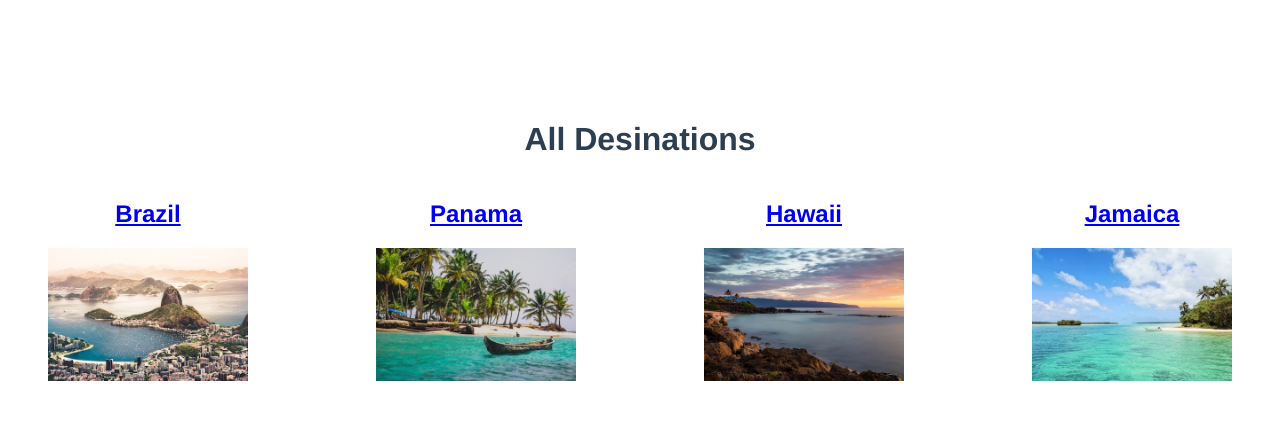
Repository: June-Hall/MiniTravelApp
Page: /
The author's editor kept a copy of each file at every save. The page is drawn from the files as they stood at one save, then again after a run of saves.
The browser window is 1280 px wide. The pictures show the whole page.
The project was rebuilt for these pictures with package versions that can differ from the ones it lists, and the page was loaded fresh each time. Also part of the build but not shown: vue.config.js.

Above is the page before, as saved 2023-03-30 14:26:32.

### src/App.vue
<template>
  <nav>
    <TheNavigation />
  </nav>
  <router-view />
</template>

<script>
import TheNavigation from "./components/TheNavigation.vue";

export default {
  components: {
    TheNavigation,
  },
};
</script>

<style>
#app {
  font-family: Avenir, Helvetica, Arial, sans-serif;
  -webkit-font-smoothing: antialiased;
  -moz-osx-font-smoothing: grayscale;
  text-align: center;
  color: #2c3e50;
}
</style>

### src/router/index.js
import { createRouter, createWebHashHistory } from "vue-router";
import HomeView from "../views/HomeView.vue";

const routes = [
  {
    path: "/",
    name: "home",
    component: HomeView,
  },
  {
    path: "/about",
    name: "about",
    // route level code-splitting
    // this generates a separate chunk (about.[hash].js) for this route
    // which is lazy-loaded when the route is visited.
    component: () =>
      import(/* webpackChunkName: "about" */ "../views/AboutView.vue"),
  },
  {
    path: "/brazil",
    name: "brazil",
    component: () =>
      import(/* webpackChunkName: "brazil" */ "../views/BrazilView.vue"),
  },
  {
    path: "/hawaii",
    name: "hawaii",
    component: () =>
      import(/* webpackChunkName: "hawaii" */ "../views/HawaiiView.vue"),
  },
  {
    path: "/jamaica",
    name: "jamaica",
    component: () =>
      import(/* webpackChunkName: "jamaica" */ "../views/JamaicaView.vue"),
  },
  {
    path: "/panama",
    name: "panama",
    component: () =>
      import(/* webpackChunkName: "panama" */ "../views/PanamaView.vue"),
  },
  {
    path: "/details/:id",
    name: "DestinationDetails",
    component: () =>
      import(
        /* webpackChunkName: "DestinationDetails" */ "../views/DestinationDetails.vue"
      ),
  },
];

const router = createRouter({
  history: createWebHashHistory(),
  routes,
});

export default router;

### src/components/TheNavigation.vue
<template>
  <nav id="nav">
    <ul class="nav-links">

    </ul>
  </nav>
</template>

<style scoped>
#nav {
  display: flex;
  justify-content: center;
}

nav {
  padding: 30px;
}

nav a {
  font-weight: bold;
  color: #2c3e50;
  padding: 0 10px;
}

nav a.router-link-exact-active {
  color: #ab26ab;
}
</style>

### src/views/HomeView.vue
<template>
  <div class="home">
    <h1>All Desinations</h1>
    <div class="destinations">
      <div v-for="destination in destinations" :key="destination.name">
        <router-link
          :to="{ name: 'DestinationDetails', params: { id: destination.id } }"
        >
          <h2>{{ destination.name }}</h2>
        </router-link>
        <figure>
          <router-link
            :to="{ name: 'DestinationDetails', params: { id: destination.id } }"
          >
            <img
              :src="require(`@/assets/${destination.image}`)"
              :alt="destination.name"
            />
          </router-link>
        </figure>
      </div>
    </div>
  </div>
</template>

<script>
// @ is an alias to /src
import store from "@/store.js";
export default {
  name: "HomeView",
  components: {},
  data() {
    return {
      destinations: store.destinations,
    };
  },
};
</script>
<style scoped>
.home {
  max-width: 1400px;
  margin: 0 auto;
}

img {
  max-width: 200px;
}

.destinations {
  display: flex;
  justify-content: space-between;
}
</style>

### src/store.js
export default {
  destinations: [
    {
      name: "Brazil",
      slug: "brazil",
      image: "brazil.jpg",
      id: 1,
      description:
        "all about Brazil, suspendisse lobortis pharetra tempor. Cras eleifend ante sed arcu interdum, in bibendum enim ultricies. Integer rutrum quis risus at tempor. Maecenas facilisis, nisi vel pellentesque maximus, lectus felis malesuada purus, a pulvinar elit est quis turpis. Duis convallis purus quis finibus consequat. Pellentesque faucibus tincidunt augue non consequat. Donec fringilla at est sit amet blandit. Nunc at porttitor ligula. Fusce sed odio turpis. Suspendisse lobortis pharetra tempor. Cras eleifend ante sed arcu interdum, in bibendum enim ultricies. Integer rutrum quis risus at tempor. Maecenas facilisis, nisi vel pellentesque maximus, lectus felis malesuada purus, a pulvinar elit est quis turpis. Duis convallis purus quis finibus consequat. Pellentesque faucibus tincidunt augue non consequat. Donec fringilla at est sit amet blandit. Nunc at porttitor ligula. Fusce sed odio turpis.",
      experiences: [
        {
          name: "Iguaçu Falls",
          slug: "iguacu-falls",
          image: "iguacu-falls.jpg",
          description:
            "Suspendisse lobortis pharetra tempor. Cras eleifend ante sed arcu interdum, in bibendum enim ultricies. Integer rutrum quis risus at tempor. Maecenas facilisis, nisi vel pellentesque maximus, lectus felis malesuada purus, a pulvinar elit est quis turpis. Duis convallis purus quis finibus consequat. Pellentesque faucibus tincidunt augue non consequat. Donec fringilla at est sit amet blandit. Nunc at porttitor ligula. Fusce sed odio turpis. Suspendisse lobortis pharetra tempor. Cras eleifend ante sed arcu interdum, in bibendum enim ultricies. Integer rutrum quis risus at tempor. Maecenas facilisis, nisi vel pellentesque maximus, lectus felis malesuada purus, a pulvinar elit est quis turpis. Duis convallis purus quis finibus consequat. Pellentesque faucibus tincidunt augue non consequat. Donec fringilla at est sit amet blandit. Nunc at porttitor ligula. Fusce sed odio turpis.",
        },
        {
          name: "Pão de Açúcar",
          slug: "pao-de-acucar",
          image: "pao-de-acucar.jpg",
          description:
            "Suspendisse lobortis pharetra tempor. Cras eleifend ante sed arcu interdum, in bibendum enim ultricies. Integer rutrum quis risus at tempor. Maecenas facilisis, nisi vel pellentesque maximus, lectus felis malesuada purus, a pulvinar elit est quis turpis. Duis convallis purus quis finibus consequat. Pellentesque faucibus tincidunt augue non consequat. Donec fringilla at est sit amet blandit. Nunc at porttitor ligula. Fusce sed odio turpis. Suspendisse lobortis pharetra tempor. Cras eleifend ante sed arcu interdum, in bibendum enim ultricies. Integer rutrum quis risus at tempor. Maecenas facilisis, nisi vel pellentesque maximus, lectus felis malesuada purus, a pulvinar elit est quis turpis. Duis convallis purus quis finibus consequat. Pellentesque faucibus tincidunt augue non consequat. Donec fringilla at est sit amet blandit. Nunc at porttitor ligula. Fusce sed odio turpis.",
        },
        {
          name: "Sao Paulo",
          slug: "sao-paulo",
          image: "sao-paulo.jpg",
          description:
            "Suspendisse lobortis pharetra tempor. Cras eleifend ante sed arcu interdum, in bibendum enim ultricies. Integer rutrum quis risus at tempor. Maecenas facilisis, nisi vel pellentesque maximus, lectus felis malesuada purus, a pulvinar elit est quis turpis. Duis convallis purus quis finibus consequat. Pellentesque faucibus tincidunt augue non consequat. Donec fringilla at est sit amet blandit. Nunc at porttitor ligula. Fusce sed odio turpis. Suspendisse lobortis pharetra tempor. Cras eleifend ante sed arcu interdum, in bibendum enim ultricies. Integer rutrum quis risus at tempor. Maecenas facilisis, nisi vel pellentesque maximus, lectus felis malesuada purus, a pulvinar elit est quis turpis. Duis convallis purus quis finibus consequat. Pellentesque faucibus tincidunt augue non consequat. Donec fringilla at est sit amet blandit. Nunc at porttitor ligula. Fusce sed odio turpis.",
        },
        {
          name: "Salvador",
          slug: "salvador",
          image: "salvador.jpg",
          description:
            "Suspendisse lobortis pharetra tempor. Cras eleifend ante sed arcu interdum, in bibendum enim ultricies. Integer rutrum quis risus at tempor. Maecenas facilisis, nisi vel pellentesque maximus, lectus felis malesuada purus, a pulvinar elit est quis turpis. Duis convallis purus quis finibus consequat. Pellentesque faucibus tincidunt augue non consequat. Donec fringilla at est sit amet blandit. Nunc at porttitor ligula. Fusce sed odio turpis. Suspendisse lobortis pharetra tempor. Cras eleifend ante sed arcu interdum, in bibendum enim ultricies. Integer rutrum quis risus at tempor. Maecenas facilisis, nisi vel pellentesque maximus, lectus felis malesuada purus, a pulvinar elit est quis turpis. Duis convallis purus quis finibus consequat. Pellentesque faucibus tincidunt augue non consequat. Donec fringilla at est sit amet blandit. Nunc at porttitor ligula. Fusce sed odio turpis.",
        },
      ],
    },
    {
      name: "Panama",
      slug: "panama",
      image: "panama.jpg",
      id: 2,
      description:
        "all about panama. Nam fermentum, leo ac lobortis tincidunt, justo felis semper nisi, sed facilisis quam ante a justo. Nam pulvinar nibh nec mi vestibulum cursus quis eget orci. Aenean faucibus faucibus ex, a imperdiet nibh luctus faucibus. Mauris porttitor, velit ac eleifend mattis, sem justo accumsan odio, ut mattis nulla nulla eu nibh. Cras justo risus, sollicitudin eget nulla a, consequat convallis tortor. Fusce eget neque metus. Class aptent taciti sociosqu ad litora torquent per conubia nostra, per inceptos himenaeos. Nulla facilisi. Sed aliquam nunc id lectus sagittis, ac elementum eros egestas. Aliquam sed tempor dui.",
      experiences: [
        {
          name: "Panama City",
          slug: "panama-city",
          image: "panama-city.jpg",
          description:
            "Suspendisse lobortis pharetra tempor. Cras eleifend ante sed arcu interdum, in bibendum enim ultricies. Integer rutrum quis risus at tempor. Maecenas facilisis, nisi vel pellentesque maximus, lectus felis malesuada purus, a pulvinar elit est quis turpis. Duis convallis purus quis finibus consequat. Pellentesque faucibus tincidunt augue non consequat. Donec fringilla at est sit amet blandit. Nunc at porttitor ligula. Fusce sed odio turpis. Suspendisse lobortis pharetra tempor. Cras eleifend ante sed arcu interdum, in bibendum enim ultricies. Integer rutrum quis risus at tempor. Maecenas facilisis, nisi vel pellentesque maximus, lectus felis malesuada purus, a pulvinar elit est quis turpis. Duis convallis purus quis finibus consequat. Pellentesque faucibus tincidunt augue non consequat. Donec fringilla at est sit amet blandit. Nunc at porttitor ligula. Fusce sed odio turpis.",
        },
        {
          name: "Panama Canal",
          slug: "panama-canal",
          image: "panama-canal.jpg",
          description:
            "Suspendisse lobortis pharetra tempor. Cras eleifend ante sed arcu interdum, in bibendum enim ultricies. Integer rutrum quis risus at tempor. Maecenas facilisis, nisi vel pellentesque maximus, lectus felis malesuada purus, a pulvinar elit est quis turpis. Duis convallis purus quis finibus consequat. Pellentesque faucibus tincidunt augue non consequat. Donec fringilla at est sit amet blandit. Nunc at porttitor ligula. Fusce sed odio turpis. Suspendisse lobortis pharetra tempor. Cras eleifend ante sed arcu interdum, in bibendum enim ultricies. Integer rutrum quis risus at tempor. Maecenas facilisis, nisi vel pellentesque maximus, lectus felis malesuada purus, a pulvinar elit est quis turpis. Duis convallis purus quis finibus consequat. Pellentesque faucibus tincidunt augue non consequat. Donec fringilla at est sit amet blandit. Nunc at porttitor ligula. Fusce sed odio turpis.",
        },
        {
          name: "Bocas del Toro",
          slug: "bocas-del-toro",
          image: "bocas-del-toro.jpg",
          description:
            "Suspendisse lobortis pharetra tempor. Cras eleifend ante sed arcu interdum, in bibendum enim ultricies. Integer rutrum quis risus at tempor. Maecenas facilisis, nisi vel pellentesque maximus, lectus felis malesuada purus, a pulvinar elit est quis turpis. Duis convallis purus quis finibus consequat. Pellentesque faucibus tincidunt augue non consequat. Donec fringilla at est sit amet blandit. Nunc at porttitor ligula. Fusce sed odio turpis. Suspendisse lobortis pharetra tempor. Cras eleifend ante sed arcu interdum, in bibendum enim ultricies. Integer rutrum quis risus at tempor. Maecenas facilisis, nisi vel pellentesque maximus, lectus felis malesuada purus, a pulvinar elit est quis turpis. Duis convallis purus quis finibus consequat. Pellentesque faucibus tincidunt augue non consequat. Donec fringilla at est sit amet blandit. Nunc at porttitor ligula. Fusce sed odio turpis.",
        },
        {
          name: "Santa Catalina",
          slug: "santa-catalina",
          image: "santa-catalina.jpg",
          description:
            "Suspendisse lobortis pharetra tempor. Cras eleifend ante sed arcu interdum, in bibendum enim ultricies. Integer rutrum quis risus at tempor. Maecenas facilisis, nisi vel pellentesque maximus, lectus felis malesuada purus, a pulvinar elit est quis turpis. Duis convallis purus quis finibus consequat. Pellentesque faucibus tincidunt augue non consequat. Donec fringilla at est sit amet blandit. Nunc at porttitor ligula. Fusce sed odio turpis. Suspendisse lobortis pharetra tempor. Cras eleifend ante sed arcu interdum, in bibendum enim ultricies. Integer rutrum quis risus at tempor. Maecenas facilisis, nisi vel pellentesque maximus, lectus felis malesuada purus, a pulvinar elit est quis turpis. Duis convallis purus quis finibus consequat. Pellentesque faucibus tincidunt augue non consequat. Donec fringilla at est sit amet blandit. Nunc at porttitor ligula. Fusce sed odio turpis.",
        },
      ],
    },
    {
      name: "Hawaii",
      slug: "hawaii",
      image: "hawaii.jpg",
      id: 3,
      description:
        "all about hawaii. Etiam iaculis, ex in semper fringilla, lorem augue maximus lorem, in aliquet ex massa non enim. Maecenas pharetra orci eu semper pharetra. Suspendisse vel elit semper, fringilla metus ac, pulvinar justo. Vestibulum nibh lacus, pellentesque non arcu vel, efficitur eleifend lorem. Duis ultrices bibendum orci, nec laoreet elit. In vulputate massa vel massa cursus gravida. Aliquam sed lacus pulvinar, imperdiet risus at, lacinia dolor. Maecenas pellentesque arcu mattis iaculis efficitur. Maecenas quis sem pulvinar, sodales neque eget, efficitur odio.",
      experiences: [
        {
          name: "Na Pali Coast",
          slug: "na-pali-coast",
          image: "na-pali-coast.jpg",
          description:
            "Suspendisse lobortis pharetra tempor. Cras eleifend ante sed arcu interdum, in bibendum enim ultricies. Integer rutrum quis risus at tempor. Maecenas facilisis, nisi vel pellentesque maximus, lectus felis malesuada purus, a pulvinar elit est quis turpis. Duis convallis purus quis finibus consequat. Pellentesque faucibus tincidunt augue non consequat. Donec fringilla at est sit amet blandit. Nunc at porttitor ligula. Fusce sed odio turpis. Suspendisse lobortis pharetra tempor. Cras eleifend ante sed arcu interdum, in bibendum enim ultricies. Integer rutrum quis risus at tempor. Maecenas facilisis, nisi vel pellentesque maximus, lectus felis malesuada purus, a pulvinar elit est quis turpis. Duis convallis purus quis finibus consequat. Pellentesque faucibus tincidunt augue non consequat. Donec fringilla at est sit amet blandit. Nunc at porttitor ligula. Fusce sed odio turpis.",
        },
        {
          name: "O'Ahu's North Shore",
          slug: "ohaus-north-shore",
          image: "ohaus-north-shore.jpg",
          description:
            "Suspendisse lobortis pharetra tempor. Cras eleifend ante sed arcu interdum, in bibendum enim ultricies. Integer rutrum quis risus at tempor. Maecenas facilisis, nisi vel pellentesque maximus, lectus felis malesuada purus, a pulvinar elit est quis turpis. Duis convallis purus quis finibus consequat. Pellentesque faucibus tincidunt augue non consequat. Donec fringilla at est sit amet blandit. Nunc at porttitor ligula. Fusce sed odio turpis. Suspendisse lobortis pharetra tempor. Cras eleifend ante sed arcu interdum, in bibendum enim ultricies. Integer rutrum quis risus at tempor. Maecenas facilisis, nisi vel pellentesque maximus, lectus felis malesuada purus, a pulvinar elit est quis turpis. Duis convallis purus quis finibus consequat. Pellentesque faucibus tincidunt augue non consequat. Donec fringilla at est sit amet blandit. Nunc at porttitor ligula. Fusce sed odio turpis.",
        },
        {
          name: "Waikiki Beach",
          slug: "waikiki-beach",
          image: "waikiki-beach.jpg",
          description:
            "Suspendisse lobortis pharetra tempor. Cras eleifend ante sed arcu interdum, in bibendum enim ultricies. Integer rutrum quis risus at tempor. Maecenas facilisis, nisi vel pellentesque maximus, lectus felis malesuada purus, a pulvinar elit est quis turpis. Duis convallis purus quis finibus consequat. Pellentesque faucibus tincidunt augue non consequat. Donec fringilla at est sit amet blandit. Nunc at porttitor ligula. Fusce sed odio turpis. Suspendisse lobortis pharetra tempor. Cras eleifend ante sed arcu interdum, in bibendum enim ultricies. Integer rutrum quis risus at tempor. Maecenas facilisis, nisi vel pellentesque maximus, lectus felis malesuada purus, a pulvinar elit est quis turpis. Duis convallis purus quis finibus consequat. Pellentesque faucibus tincidunt augue non consequat. Donec fringilla at est sit amet blandit. Nunc at porttitor ligula. Fusce sed odio turpis.",
        },
        {
          name: "Kilauea Volcano",
          slug: "kilauea-volcano",
          image: "kilauea-volcano.jpg",
          description:
            "Suspendisse lobortis pharetra tempor. Cras eleifend ante sed arcu interdum, in bibendum enim ultricies. Integer rutrum quis risus at tempor. Maecenas facilisis, nisi vel pellentesque maximus, lectus felis malesuada purus, a pulvinar elit est quis turpis. Duis convallis purus quis finibus consequat. Pellentesque faucibus tincidunt augue non consequat. Donec fringilla at est sit amet blandit. Nunc at porttitor ligula. Fusce sed odio turpis. Suspendisse lobortis pharetra tempor. Cras eleifend ante sed arcu interdum, in bibendum enim ultricies. Integer rutrum quis risus at tempor. Maecenas facilisis, nisi vel pellentesque maximus, lectus felis malesuada purus, a pulvinar elit est quis turpis. Duis convallis purus quis finibus consequat. Pellentesque faucibus tincidunt augue non consequat. Donec fringilla at est sit amet blandit. Nunc at porttitor ligula. Fusce sed odio turpis.",
        },
      ],
    },
    {
      name: "Jamaica",
      slug: "jamaica",
      image: "jamaica.jpg",
      id: 4,
      description:
        "all about jamaica. Suspendisse lobortis pharetra tempor. Cras eleifend ante sed arcu interdum, in bibendum enim ultricies. Integer rutrum quis risus at tempor. Maecenas facilisis, nisi vel pellentesque maximus, lectus felis malesuada purus, a pulvinar elit est quis turpis. Duis convallis purus quis finibus consequat. Pellentesque faucibus tincidunt augue non consequat. Donec fringilla at est sit amet blandit. Nunc at porttitor ligula. Fusce sed odio turpis.",
      experiences: [
        {
          name: "Tower Isle",
          slug: "tower-isle",
          image: "tower-isle.jpg",
          description:
            "Suspendisse lobortis pharetra tempor. Cras eleifend ante sed arcu interdum, in bibendum enim ultricies. Integer rutrum quis risus at tempor. Maecenas facilisis, nisi vel pellentesque maximus, lectus felis malesuada purus, a pulvinar elit est quis turpis. Duis convallis purus quis finibus consequat. Pellentesque faucibus tincidunt augue non consequat. Donec fringilla at est sit amet blandit. Nunc at porttitor ligula. Fusce sed odio turpis. Suspendisse lobortis pharetra tempor. Cras eleifend ante sed arcu interdum, in bibendum enim ultricies. Integer rutrum quis risus at tempor. Maecenas facilisis, nisi vel pellentesque maximus, lectus felis malesuada purus, a pulvinar elit est quis turpis. Duis convallis purus quis finibus consequat. Pellentesque faucibus tincidunt augue non consequat. Donec fringilla at est sit amet blandit. Nunc at porttitor ligula. Fusce sed odio turpis.",
        },
        {
          name: "Blue Mountain",
          slug: "blue-mountain",
          image: "blue-mountain.jpg",
          description:
            "Suspendisse lobortis pharetra tempor. Cras eleifend ante sed arcu interdum, in bibendum enim ultricies. Integer rutrum quis risus at tempor. Maecenas facilisis, nisi vel pellentesque maximus, lectus felis malesuada purus, a pulvinar elit est quis turpis. Duis convallis purus quis finibus consequat. Pellentesque faucibus tincidunt augue non consequat. Donec fringilla at est sit amet blandit. Nunc at porttitor ligula. Fusce sed odio turpis. Suspendisse lobortis pharetra tempor. Cras eleifend ante sed arcu interdum, in bibendum enim ultricies. Integer rutrum quis risus at tempor. Maecenas facilisis, nisi vel pellentesque maximus, lectus felis malesuada purus, a pulvinar elit est quis turpis. Duis convallis purus quis finibus consequat. Pellentesque faucibus tincidunt augue non consequat. Donec fringilla at est sit amet blandit. Nunc at porttitor ligula. Fusce sed odio turpis.",
        },
        {
          name: "Montego Bay",
          slug: "montego-bay",
          image: "montego-bay.jpg",
          description:
            "Suspendisse lobortis pharetra tempor. Cras eleifend ante sed arcu interdum, in bibendum enim ultricies. Integer rutrum quis risus at tempor. Maecenas facilisis, nisi vel pellentesque maximus, lectus felis malesuada purus, a pulvinar elit est quis turpis. Duis convallis purus quis finibus consequat. Pellentesque faucibus tincidunt augue non consequat. Donec fringilla at est sit amet blandit. Nunc at porttitor ligula. Fusce sed odio turpis. Suspendisse lobortis pharetra tempor. Cras eleifend ante sed arcu interdum, in bibendum enim ultricies. Integer rutrum quis risus at tempor. Maecenas facilisis, nisi vel pellentesque maximus, lectus felis malesuada purus, a pulvinar elit est quis turpis. Duis convallis purus quis finibus consequat. Pellentesque faucibus tincidunt augue non consequat. Donec fringilla at est sit amet blandit. Nunc at porttitor ligula. Fusce sed odio turpis.",
        },
        {
          name: "Port Antonio",
          slug: "port-antonio",
          image: "port-antonio.jpg",
          description:
            "Suspendisse lobortis pharetra tempor. Cras eleifend ante sed arcu interdum, in bibendum enim ultricies. Integer rutrum quis risus at tempor. Maecenas facilisis, nisi vel pellentesque maximus, lectus felis malesuada purus, a pulvinar elit est quis turpis. Duis convallis purus quis finibus consequat. Pellentesque faucibus tincidunt augue non consequat. Donec fringilla at est sit amet blandit. Nunc at porttitor ligula. Fusce sed odio turpis. Suspendisse lobortis pharetra tempor. Cras eleifend ante sed arcu interdum, in bibendum enim ultricies. Integer rutrum quis risus at tempor. Maecenas facilisis, nisi vel pellentesque maximus, lectus felis malesuada purus, a pulvinar elit est quis turpis. Duis convallis purus quis finibus consequat. Pellentesque faucibus tincidunt augue non consequat. Donec fringilla at est sit amet blandit. Nunc at porttitor ligula. Fusce sed odio turpis.",
        },
      ],
    },
  ],
};

Loaded but not shown: public/index.html (common file); src/main.js (common file)

After the next 2 saves:
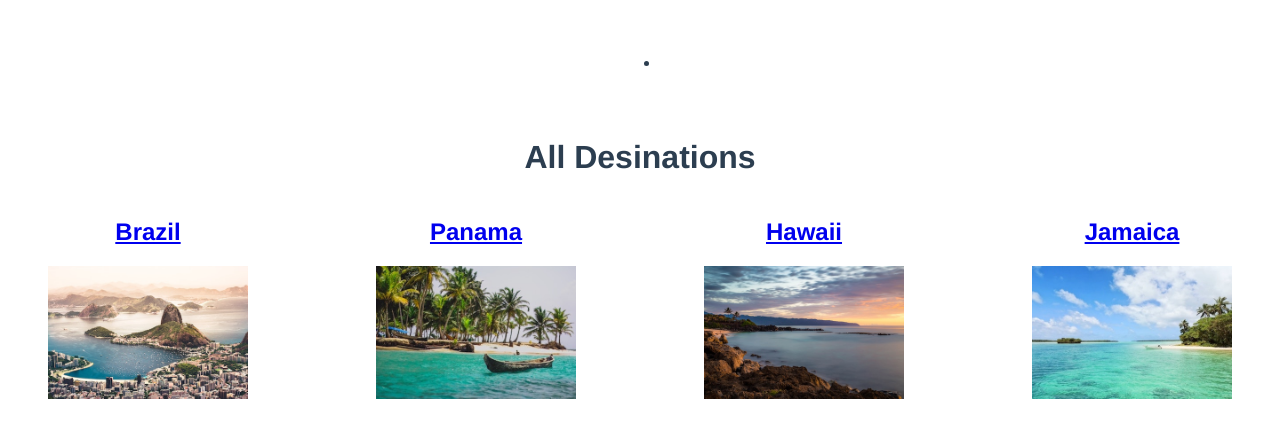
The 2 saves are shown as one change because they came seconds apart.
The last was saved 13 s later.
--- a/src/components/TheNavigation.vue
+++ b/src/components/TheNavigation.vue
@@ -1,7 +1,9 @@
 <template>
   <nav id="nav">
     <ul class="nav-links">
+      <li class="links">
 
+      </li>
     </ul>
   </nav>
 </template>
